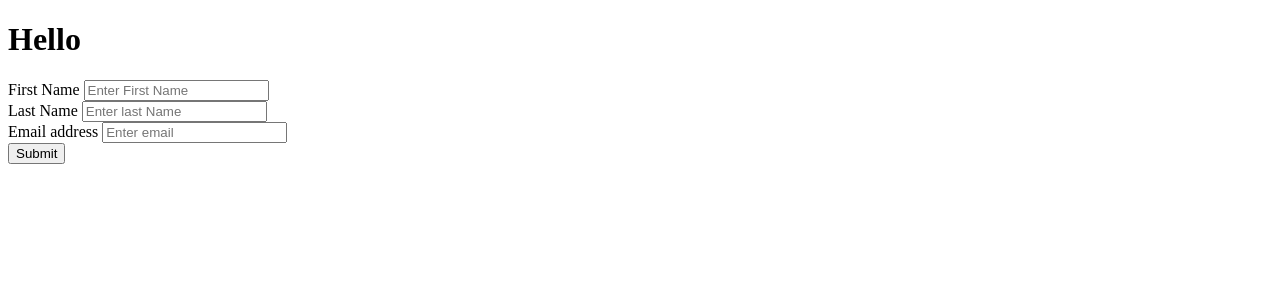
Repository: Siddhant1401/Aurionpro-J2EE
Page: http://localhost/08-STUDENT-MVC/add-Student.jsp
An editor plug-in stored every save of this project. The page is shown before and after a run of saves, followed by the edit.
The browser window is 1280 px wide. The pictures show the whole page.
The page is served by Tomcat 9. Other server files are loaded and not shown.

Above is the page before, as saved 2023-10-17 06:29:12.

### 08-STUDENT-MVC/WebContent/add-Student.jsp
<%@ page language="java" contentType="text/html; charset=ISO-8859-1"
	pageEncoding="ISO-8859-1"%>
<!DOCTYPE html PUBLIC "-//W3C//DTD HTML 4.01 Transitional//EN" "http://www.w3.org/TR/html4/loose.dtd">
<html>
<head>
<meta http-equiv="Content-Type" content="text/html; charset=ISO-8859-1">
<title>Insert title here</title>
</head>
<body>
	<h1>Hello</h1>
	<form action="StudentController" method="get">
		<div class="form-group">
			<label for="first_name">First Name </label> <input type="text"
				class="form-control" name="first_name"
				placeholder="Enter First Name">
		</div>

		<div class="form-group">
			<label for="last_name">Last Name </label> <input type="text"
				class="form-control" name="last_name" placeholder="Enter last Name">
		</div>

		<div class="form-group">
			<label for="Email">Email address</label> <input type="email"
				class="form-control" name="email" placeholder="Enter email">
		</div>
		<input type="hidden" name="action" value="add">
		<button type="submit">Submit</button>
	</form>

</body>
</html>

After the next 2 saves:
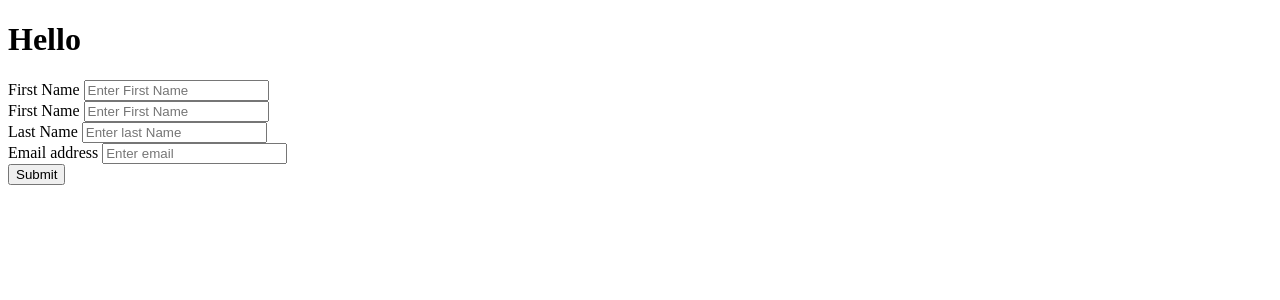
The 2 saves are shown as one change because they came seconds apart.
The last was saved 5 min 1 s later.
--- a/08-STUDENT-MVC/WebContent/add-Student.jsp
+++ b/08-STUDENT-MVC/WebContent/add-Student.jsp
@@ -9,6 +9,11 @@
 <body>
 	<h1>Hello</h1>
 	<form action="StudentController" method="get">
+		<div class="form-group">
+			<label for="first_name">First Name </label> <input type="text"
+				class="form-control" name="first_name"
+				placeholder="Enter First Name">
+		</div>
 		<div class="form-group">
 			<label for="first_name">First Name </label> <input type="text"
 				class="form-control" name="first_name"
